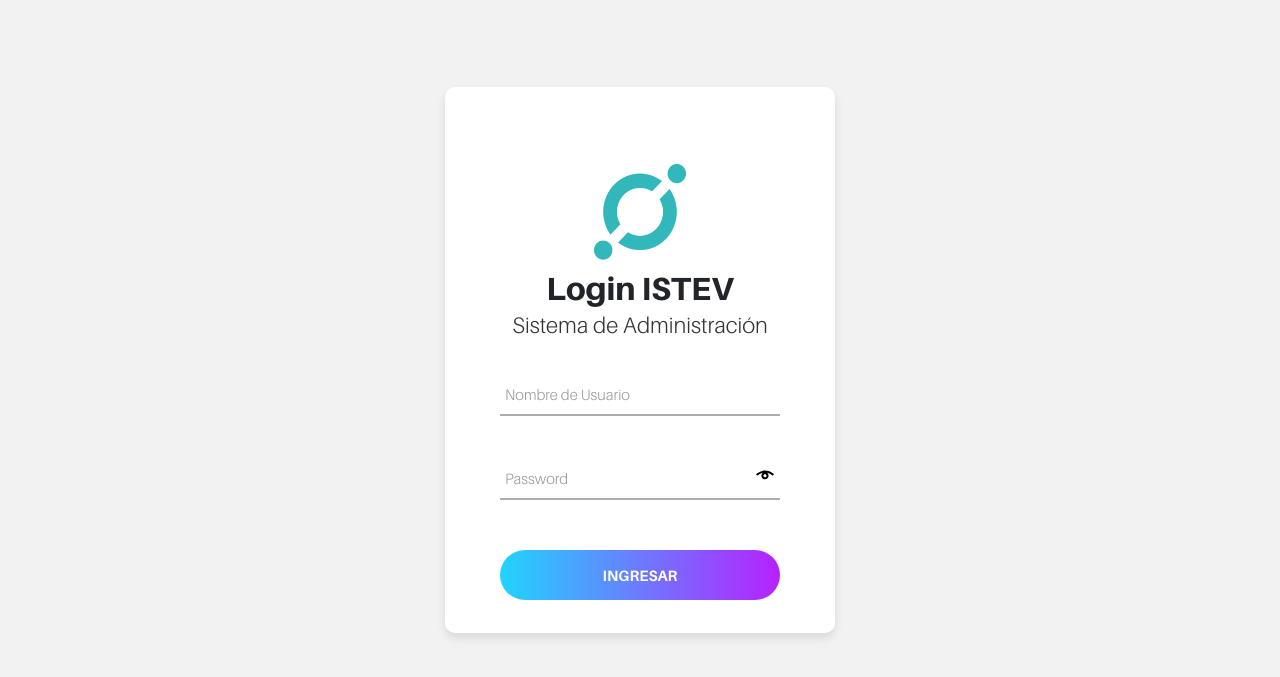
Repository: EvilTeletubby/istev
Page: http://localhost/
The author's editor kept a record of every edit. The page is drawn from the files as they stood at one moment, then again after the next edit.
The browser window is 1280 px wide. The pictures show the whole page.
Some web fonts or font styles are not loaded; a fallback is used. The page is served by the project's Node server (app.js).

Above is the page before.

After the next edit:
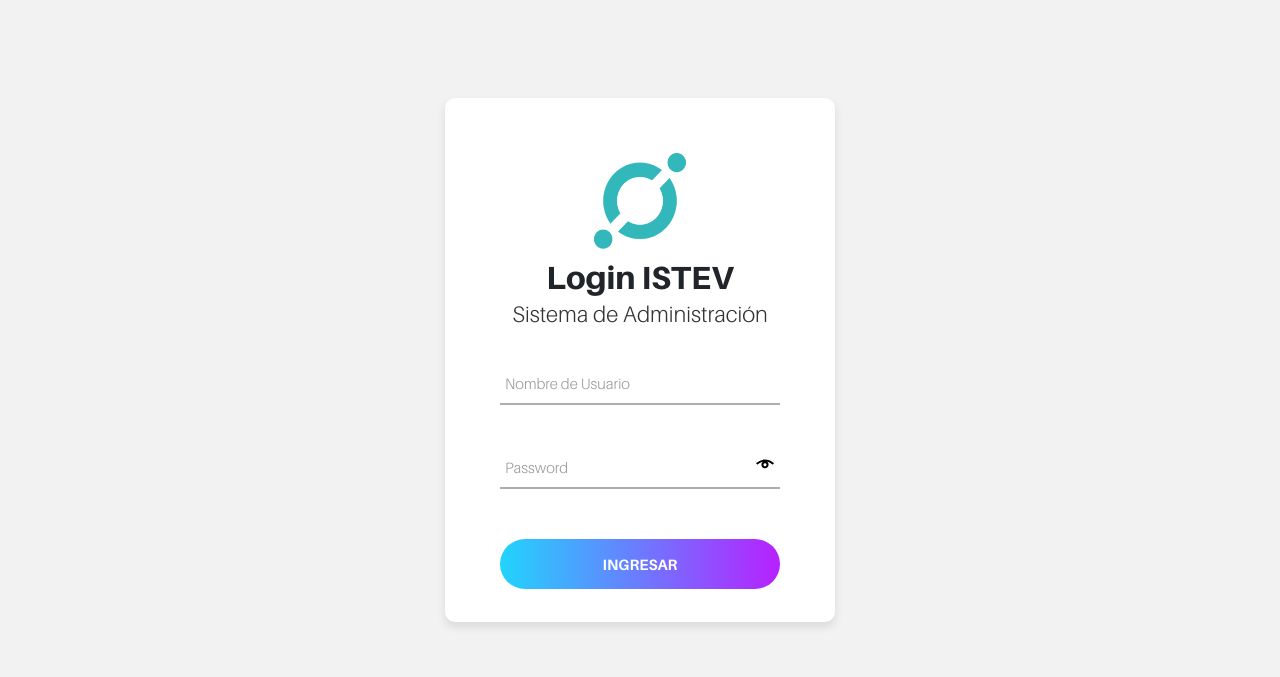
The edit:
--- a/public/css/main.css
+++ b/public/css/main.css
@@ -189,7 +189,7 @@
   background: #fff;
   border-radius: 10px;
   overflow: hidden;
-  padding: 77px 55px 33px 55px;
+  padding: 55px 55px 33px 55px;
 
   box-shadow: 0 5px 10px 0px rgba(0, 0, 0, 0.1);
   -moz-box-shadow: 0 5px 10px 0px rgba(0, 0, 0, 0.1);
